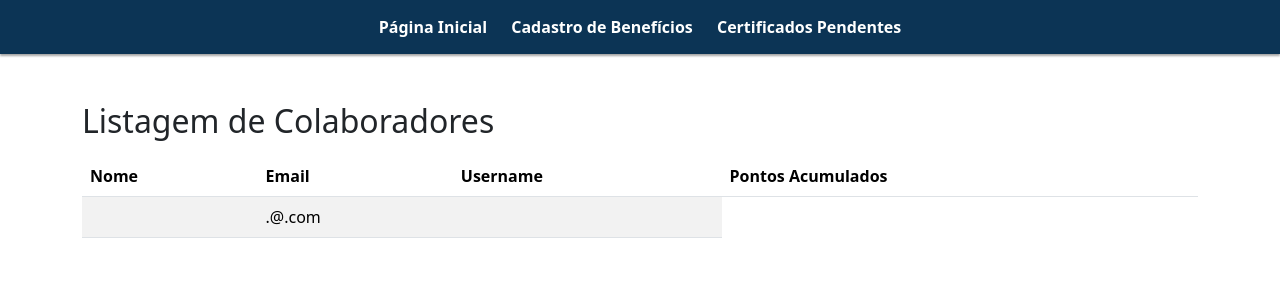
Repository: mumuryllo/ProjetoZupPointsCatalisa5
Page: ZuPointsCatalisa5 Front-End/gestor.html
These files come from the project's save history. The page is drawn as it stood at one moment and after the next save; the edit follows.
The browser window is 1280 px wide. The pictures show the whole page.
The page's requests for data from a server got no answer.

Above is the page before, as saved 2023-10-12 18:04:21.

After the next save:
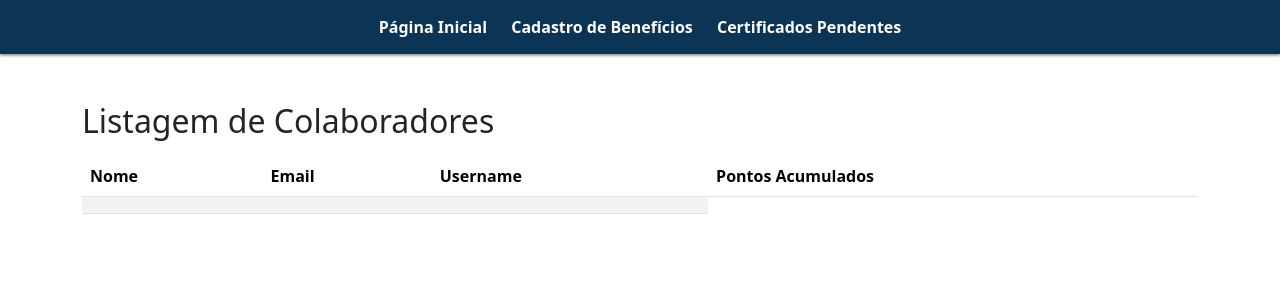
Saved 4 s later.
--- a/ZuPointsCatalisa5 Front-End/gestor.html
+++ b/ZuPointsCatalisa5 Front-End/gestor.html
@@ -38,7 +38,7 @@
             <!-- Exemplo de linha -->
             <tr>
                 <td> </td>
-                <td>.@.com</td>
+                <td></td>
                 <td></td>
             </tr>
         </tbody>
